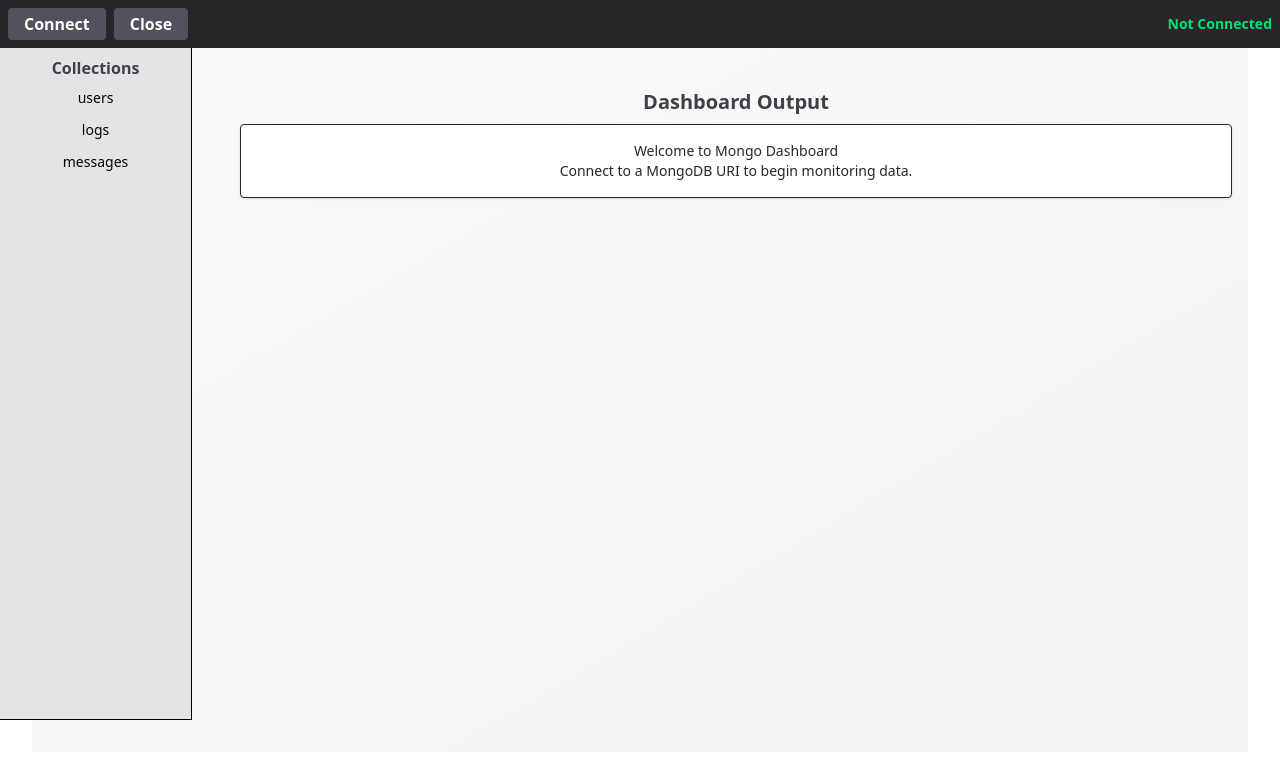
Repository: aryan151pratap/Dashboard
Page: / (app in frontened/)
An editor plug-in stored every save of this project. The page is shown before and after a run of saves, followed by the edit.
The browser window is 1280 px wide. The pictures show the whole page.
The project was rebuilt for these pictures with package versions that can differ from the ones it lists, and the page was loaded fresh each time. Also part of the build but not shown: frontened/vite.config.js, frontened/src/component/connect.jsx.

Above is the page before, as saved 2025-06-24 13:53:23.

After the next 2 saves:
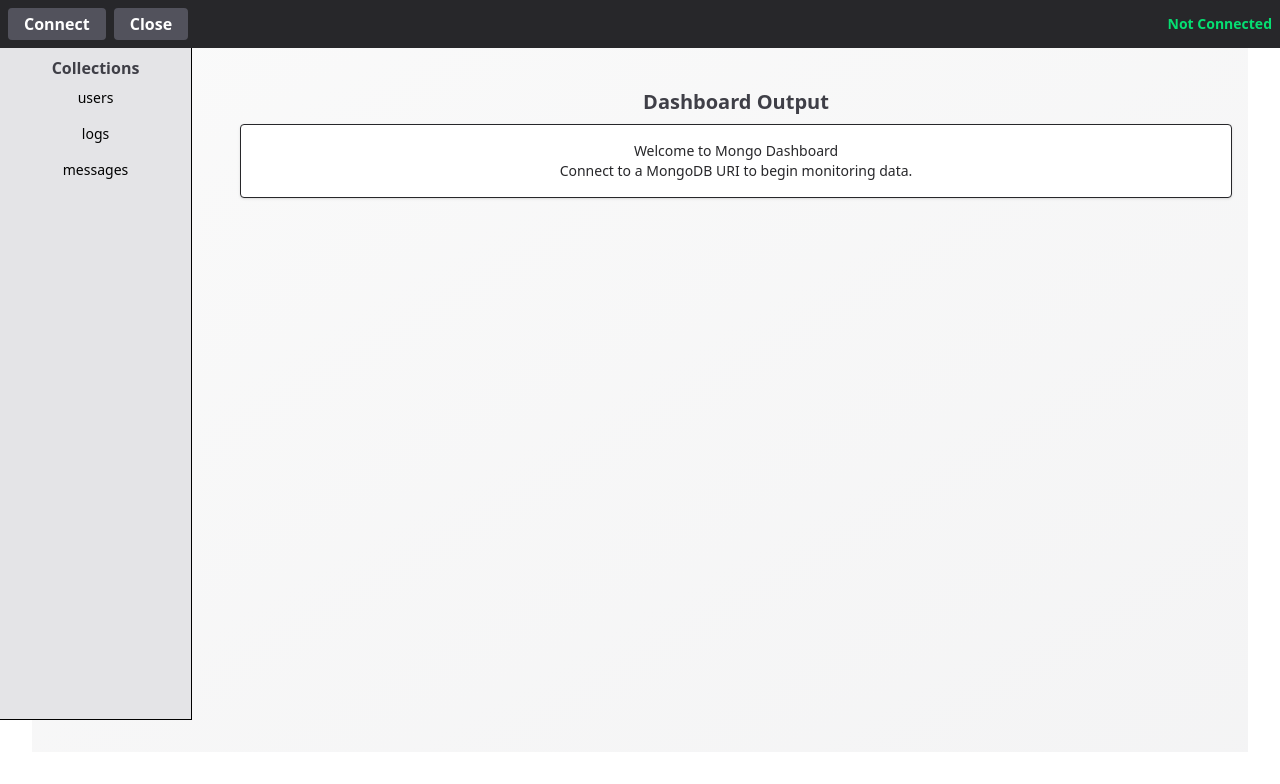
The 2 saves are shown as one change because they came seconds apart.
The last was saved 7 s later.
--- a/frontened/src/component/bar.jsx
+++ b/frontened/src/component/bar.jsx
@@ -30,7 +30,7 @@ function Bar() {
 		<div className="h-screen flex sm:flex-col md:flex-col flex-row">
 			<div className="h-fit sm:h-full w-full pt-12 sm:w-48 bg-zinc-200 absolute sm:fixed left-0 top-0 border-b sm:border-r">
 				<p className="text-center font-bold p-2 text-zinc-700">Collections</p>
-				<ul className="px-4 text-sm flex sm:flex-col flex-row gap-3">
+				<ul className="px-4 text-sm flex sm:flex-col flex-row gap-4">
 					<li className="hover:underline cursor-pointer">users</li>
 					<li className="hover:underline cursor-pointer">logs</li>
 					<li className="hover:underline cursor-pointer">messages</li>
